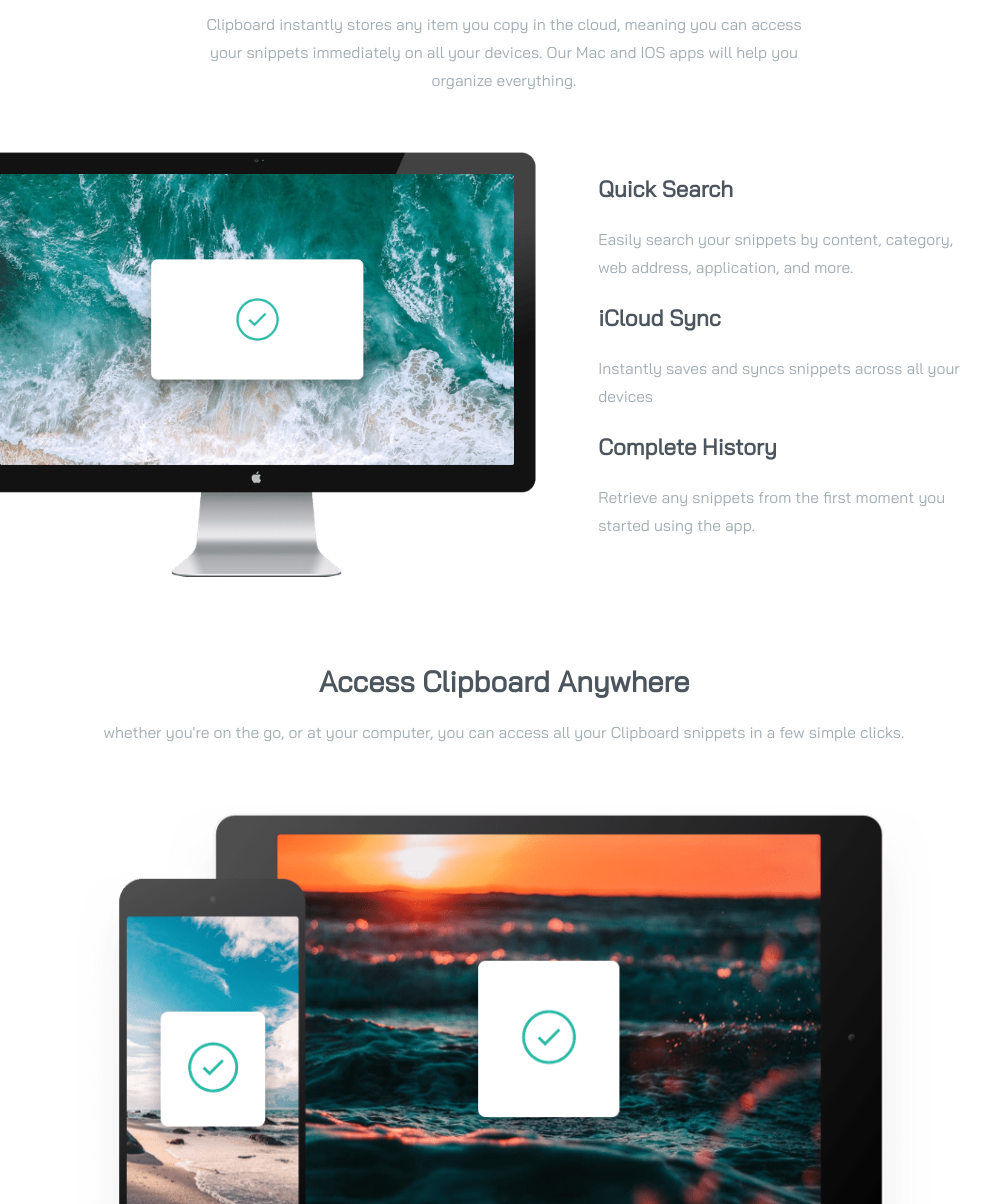
Repository: mikempho/Clipboard-landing-page
Page: index.html
These files come from the project's save history. The page is drawn as it stood at one moment and after the next save; the edit follows.
The browser window is 1440 px wide. The pictures show the part of the page from y = 830 to 2550 px (the page is 6507 px tall before and 5783 px after), at 70% of full size.

Above is the page before, as saved 2022-04-12 08:11:00.

After the next save:
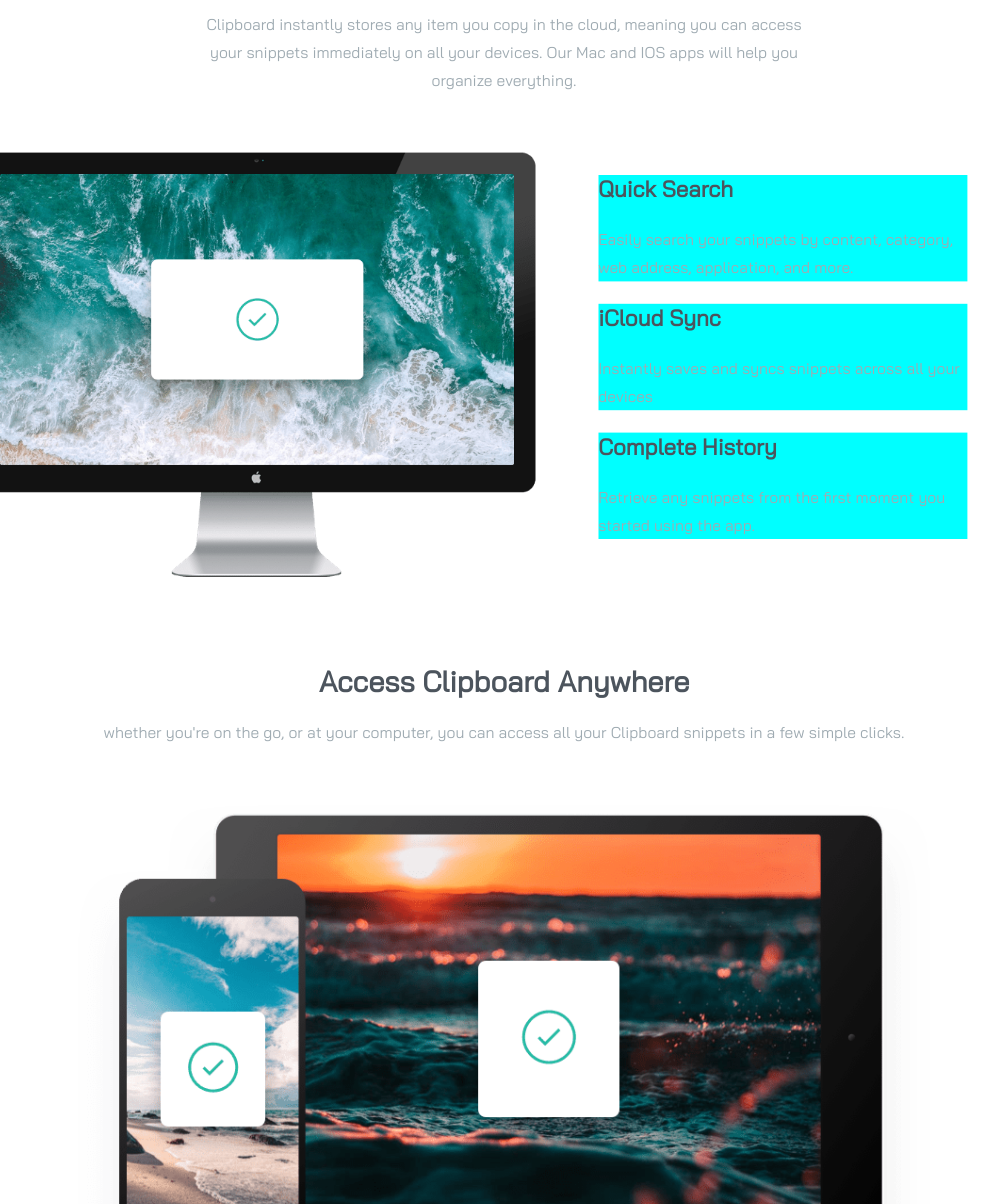
Saved 10 s later.
--- a/css/style.css
+++ b/css/style.css
@@ -243,6 +243,6 @@
     }
 
     .list-of-features li {
-        font-size:50rem ;
-    }
-}
+        background-color: aqua;
+    }
+}
